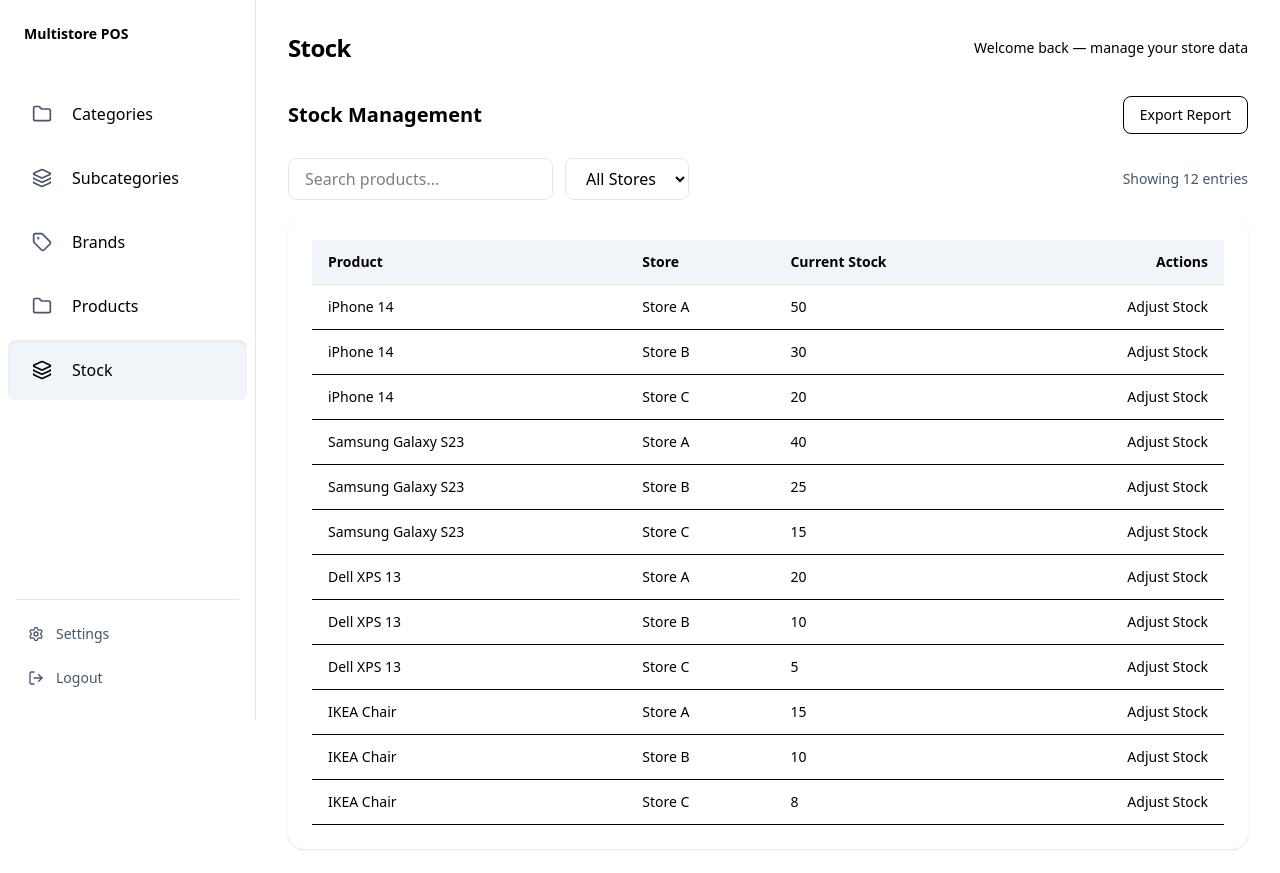
Repository: Ndegwa2/MulistorePOS
Page: /, after clicking the first element matching `nav.mt-4 > :nth-child(5)`
An editor plug-in stored every save of this project. The page is shown before and after the next save, followed by the edit.
The browser window is 1280 px wide. The pictures show the whole page.
The project was rebuilt for these pictures with package versions that can differ from the ones it lists, and the page was loaded fresh each time. Also part of the build but not shown: vite.config.js, Frontend/EditModal.jsx, Frontend/DeleteConfirm.jsx, Frontend/subcategory.jsx, Frontend/brand.jsx, Frontend/productPanel.jsx.

Above is the page before, as saved 2025-10-03 10:35:39.

After the next save:
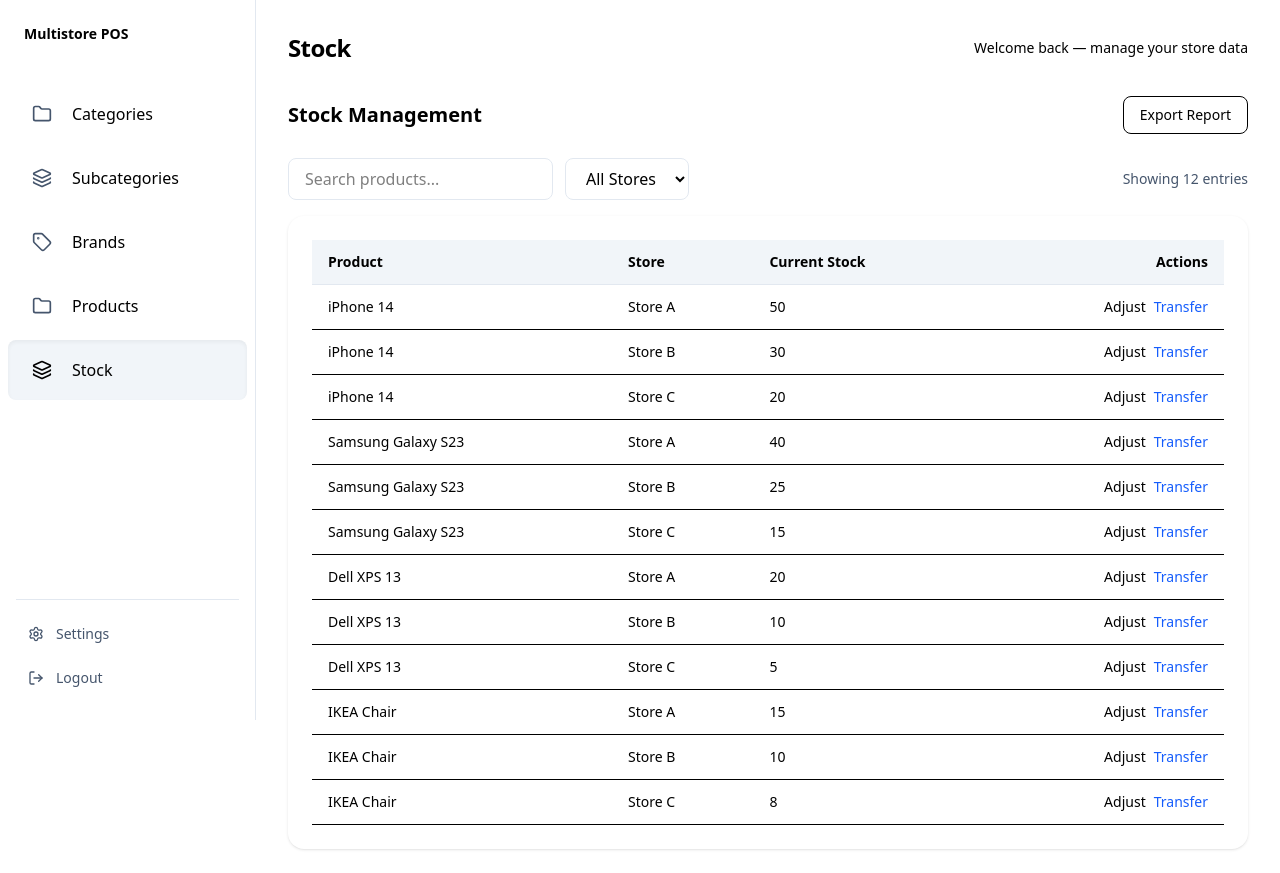
Saved 10 s later.
--- a/Frontend/stockPanel.jsx
+++ b/Frontend/stockPanel.jsx
@@ -133,7 +133,13 @@ export default function StockPanel() {
                     onClick={() => handleAdjust(item)}
                     className="text-primary hover:underline"
                   >
-                    Adjust Stock
+                    Adjust
+                  </button>
+                  <button
+                    onClick={() => handleTransfer(item)}
+                    className="text-blue-600 hover:underline"
+                  >
+                    Transfer
                   </button>
                 </td>
               </tr>
